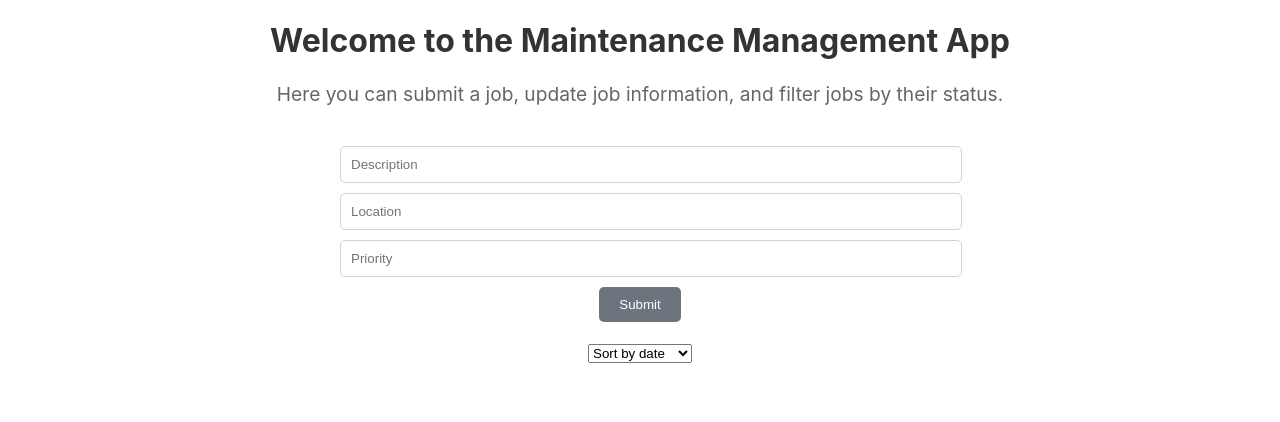
Repository: mikasteyn999/Maintenance-Manager-App
Page: / (app in frontend/)
The author's editor kept a copy of each file at every save. The page is drawn from the files as they stood at one save, then again after the next save.
The browser window is 1280 px wide. The pictures show the whole page.
The page's requests for data from a server got no answer. The project was rebuilt for these pictures with package versions that can differ from the ones it lists, and the page was loaded fresh each time. No one was signed in, and anything a server would have sent is missing. Also part of the build but not shown: frontend/src/style/Job.css, frontend/src/components/Job.js.

Above is the page before, as saved 2023-06-01 10:16:12.

After the next save:
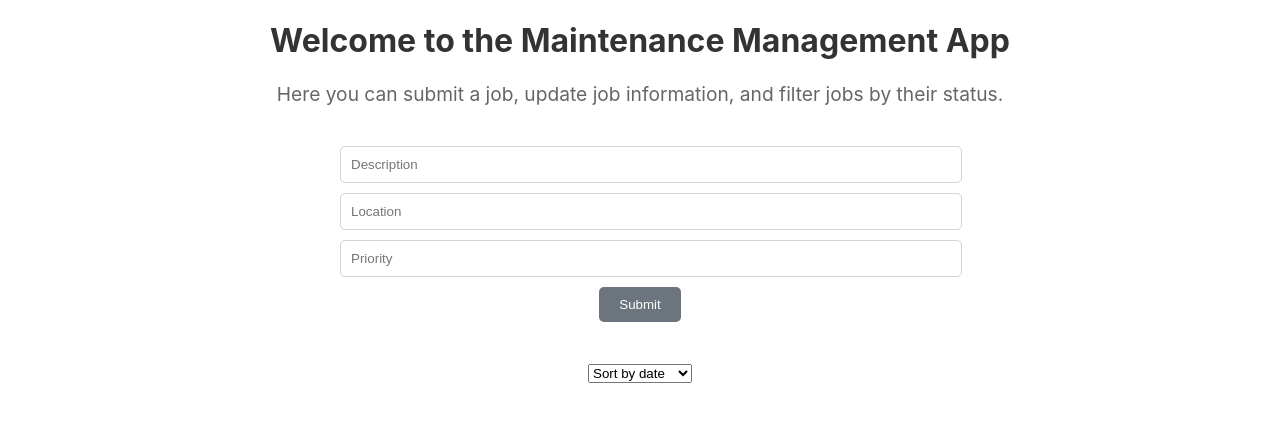
Saved 53 s later.
--- a/frontend/src/components/JobsList.js
+++ b/frontend/src/components/JobsList.js
@@ -9,33 +9,33 @@ import '../style/JobsList.css';
 // The fetchJobs function makes a GET request to the /jobs route to fetch the list of jobs.
 // Each job is then displayed using the Job component.
 const JobsList = () => {
-  const [jobs, setJobs] = useState([]);
-  const [sortOrder, setSortOrder] = useState("date"); // Add state for sort order. By default, it's set to 'date'
+    const [jobs, setJobs] = useState([]);
+    const [sortOrder, setSortOrder] = useState("date"); // Add state for sort order. By default, it's set to 'date'
 
-  useEffect(() => {
-    const fetchJobs = async () => {
-      const response = await fetch(`http://localhost:5000/api/jobs?sort=${sortOrder}`); // Update API call to include sort order
-      const data = await response.json();
-      setJobs(data);
+    useEffect(() => {
+      const fetchJobs = async () => {
+        const response = await fetch(`http://localhost:5000/api/jobs?sort=${sortOrder}`); // Update API call to include sort order
+        const data = await response.json();
+        setJobs(data);
+      };
+      fetchJobs();
+    }, [sortOrder]); // Update useEffect dependency array to include sortOrder. This means the useEffect callback will run whenever sortOrder changes.
+
+    const handleSortChange = (event) => {
+      setSortOrder(event.target.value); // When user selects a new sort order, update the sortOrder state
     };
-    fetchJobs();
-  }, [sortOrder]); // Update useEffect dependency array to include sortOrder. This means the useEffect callback will run whenever sortOrder changes.
 
-  const handleSortChange = (event) => {
-    setSortOrder(event.target.value); // When user selects a new sort order, update the sortOrder state
-  };
-
-  return (
-    <div>
-      <select value={sortOrder} onChange={handleSortChange}> {/* Add select element for sort order */}
-        <option value="date">Sort by date</option>
-        <option value="status">Sort by status</option>
-      </select>
-      {jobs.map((job) => (
-        <Job key={job._id} job={job} />
-      ))}
-    </div>
-  );
+    return (
+      <div className='jobs-list'>
+        <select value={sortOrder} onChange={handleSortChange}> {/* Add select element for sort order */}
+          <option value="date">Sort by date</option>
+          <option value="status">Sort by status</option>
+        </select>
+        {jobs.map((job) => (
+          <Job key={job._id} job={job} />
+        ))}
+      </div>
+    );
 };
 
 export default JobsList;
